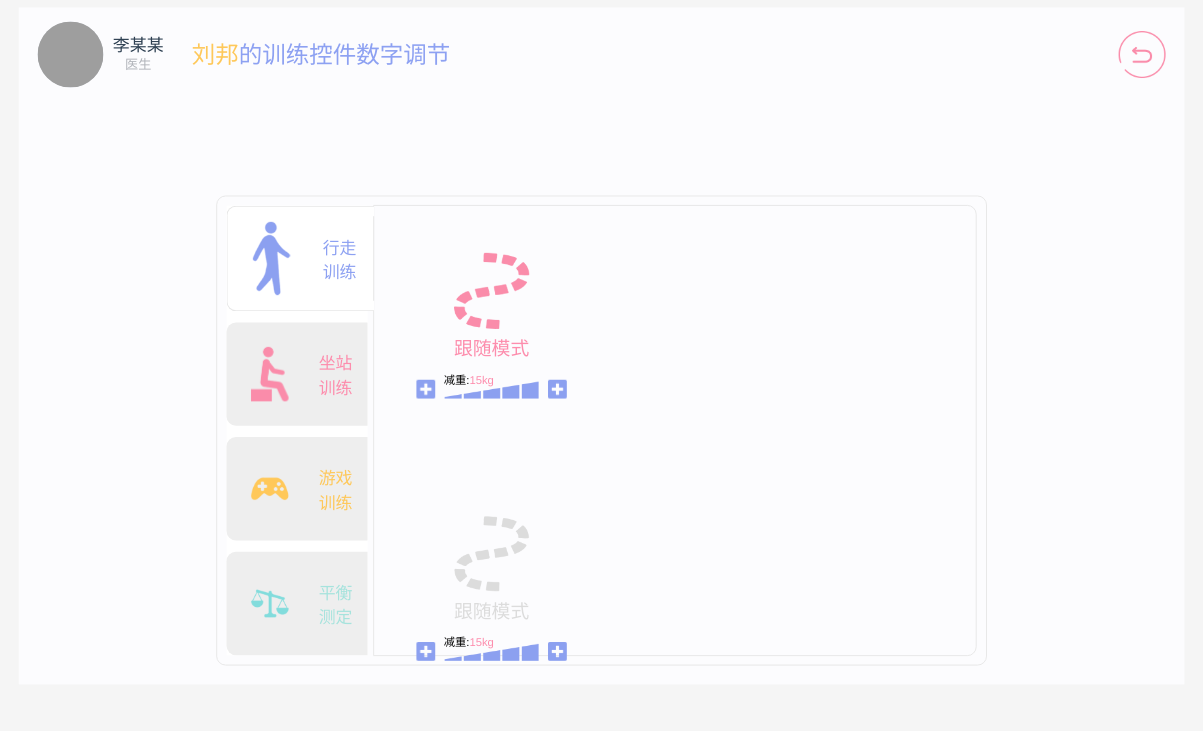
Repository: wangdanqing90/electron-vue-doctor
Page: /#/trainingAdjust
These files come from the project's save history. The page is drawn as it stood at one moment and after the next save; the edit follows.
The browser window is 1280 px wide. The pictures show the whole page, at 94% of full size.
Pictures or frames that could not be fetched are drawn as grey boxes. The project was rebuilt for these pictures with package versions that can differ from the ones it lists, and the page was loaded fresh each time. Also part of the build but not shown: vue.config.js, src/views/Home.vue, src/assets/styles/variable.scss, src/assets/styles/iconfont.css.

Above is the page before, as saved 2020-01-15 11:18:28.

After the next save:
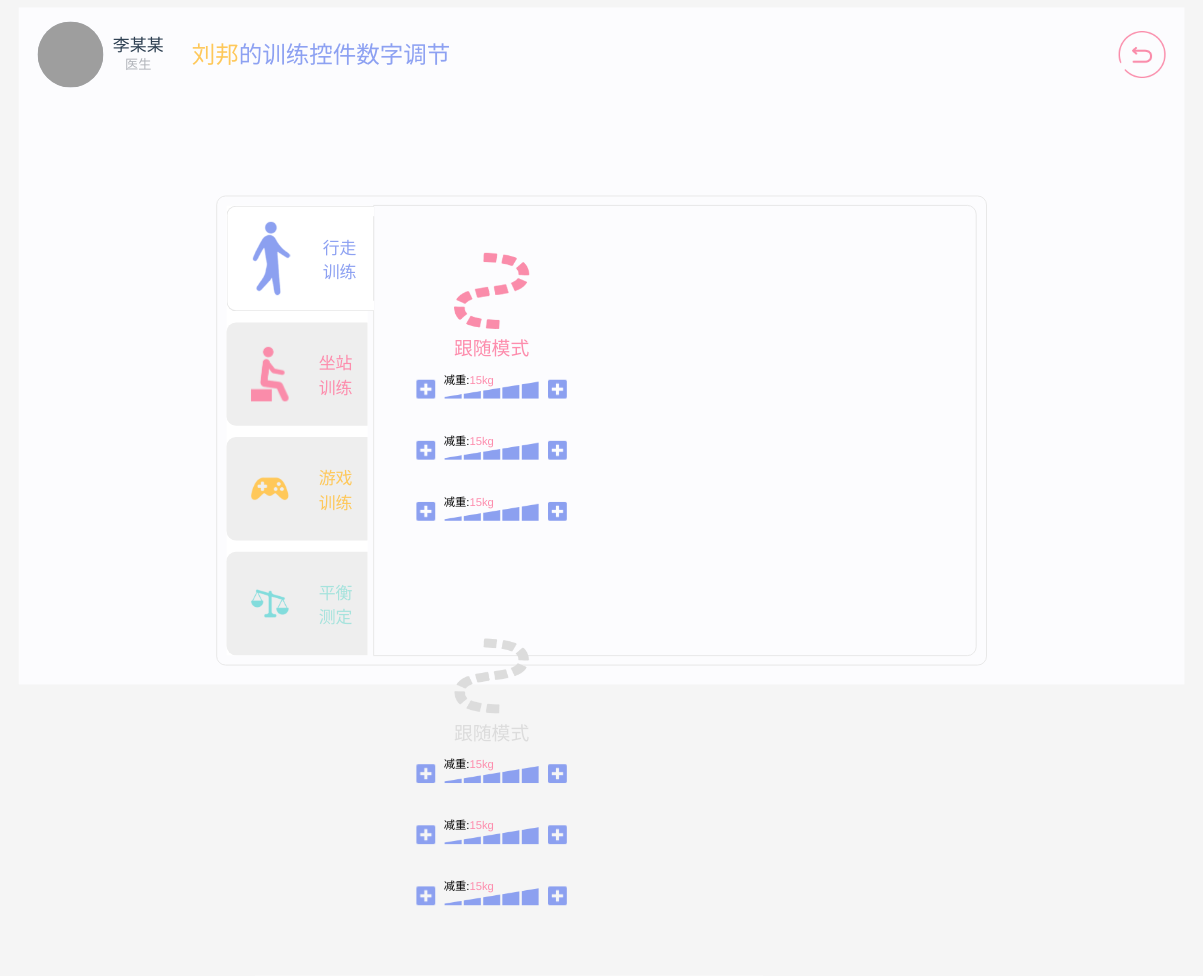
Saved 36 s later.
--- a/src/views/TrainingAdjust/TrainingAdjust.vue
+++ b/src/views/TrainingAdjust/TrainingAdjust.vue
@@ -46,6 +46,8 @@
             </div>
             <div class="bottom">
               <Adjust :class="item.colorClass"></Adjust>
+              <Adjust :class="item.colorClass"></Adjust>
+              <Adjust :class="item.colorClass"></Adjust>
             </div>
           </div>
         </div>
